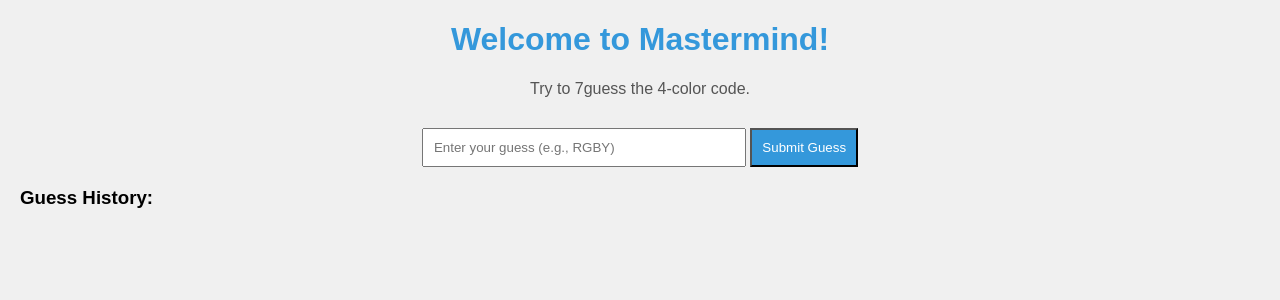
Repository: cheasopheaknita/Mastermind_Game
Page: http://localhost/
An editor plug-in stored every save of this project. The page is shown before and after the next save, followed by the edit.
The browser window is 1280 px wide. The pictures show the whole page.
The page is served by the project's application, run on Flask 3 (mastermind_project/app.py).

Above is the page before, as saved 2024-02-06 02:07:44.

### mastermind_project/templates/mastermind_game.html
<!-- mastermind_game.html -->
<!DOCTYPE html>
<html lang="en">
<head>
    <meta charset="UTF-8">
    <meta name="viewport" content="width=device-width, initial-scale=1.0">
    <title>Mastermind Game</title>
    <style>
        body {
            font-family: 'Arial', sans-serif;
            background-color: #f0f0f0;
            text-align: center;
            margin: 20px;
        }

        h1 {
            color: #3498db;
        }

        p {
            color: #555;
        }

        #result {
            margin-top: 20px;
            font-weight: bold;
            color: #27ae60;
        }

        #userGuess {
            padding: 10px;
            margin-top: 10px;
            width: 300px; /* Adjust the width as needed */
        }

        button {
            padding: 10px;
            background-color: #3498db;
            color: #fff;
            cursor: pointer;
        }

        #history {
            margin-top: 20px;
            text-align: left;
        }

        #guessHistory li {
            margin-bottom: 5px;
            padding: 8px;
            border-radius: 5px;
        }

        .correct {
            background-color: #2ecc71; /* Green for correct guesses */
            color: #fff;
        }

        .incorrect {
            background-color: #e74c3c; /* Red for incorrect guesses */
            color: #fff;
        }

        #gameOverMessage {
            margin-top: 20px;
            font-weight: bold;
            color: #e74c3c;
        }
    </style>
</head>
<body>
    <h1>Welcome to Mastermind!</h1>
    <p>Try to 7guess the 4-color code.</p>

    <div id="result"></div>

    <input type="text" id="userGuess" placeholder="Enter your guess (e.g., RGBY)" size="30">
    <button onclick="submitGuess()" id="guessButton">Submit Guess</button>

    <div id="history">
        <h3>Guess History:</h3>
        <ul id="guessHistory"></ul>
    </div>

    <div id="gameOverMessage"></div>

    <button onclick="restartGame()" id="restartButton" style="display: none;">Play Again</button>

    <script>
        var remainingGuesses = 7;

        function submitGuess() {
            if (remainingGuesses > 0) {
                // Your existing code for submitting a guess

                if (remainingGuesses === 0) {
                    disableGuessInput();
                    displayGameOverMessage();
                    showRestartButton();
                }
            }
        }

        function restartGame() {
            // Reset the game state
            remainingGuesses = 7;
            document.getElementById("userGuess").value = "";
            document.getElementById("result").innerText = "";
            document.getElementById("guessHistory").innerHTML = "";
            document.getElementById("gameOverMessage").innerText = "";
            hideRestartButton();

            // Your existing code to enable input and submit button
        }

        function showRestartButton() {
            document.getElementById("restartButton").style.display = "block";
        }

        function hideRestartButton() {
            document.getElementById("restartButton").style.display = "none";
        }
    </script>
</body>
</html>

### mastermind_project/app.py
# app.py
from flask import Flask, render_template, request, jsonify
import random

app = Flask(__name__)

def generate_secret_code():
    colors = ['R', 'G', 'B', 'Y', 'O', 'P']
    return [random.choice(colors) for _ in range(4)]

def evaluate_guess(secret_code, guess):
    correct_color_and_position = sum(s == g for s, g in zip(secret_code, guess))
    correct_color_only = sum(min(secret_code.count(c), guess.count(c)) for c in set(secret_code)) - correct_color_and_position
    return correct_color_and_position, correct_color_only

secret_code = generate_secret_code()
remaining_attempts = 7

@app.route('/')
def index():
    return render_template('mastermind_game.html', secret_code=secret_code)

@app.route('/submit_guess', methods=['POST'])
def submit_guess():
    global remaining_attempts

    if remaining_attempts == 0:
        return jsonify({'error': "Game Over! You've used all 7 attempts."})

    user_guess = request.json.get('guess')

    # Validate the guess here if needed
    if len(user_guess) != 4 or not all(color in 'RGBYOP' for color in user_guess):
        return jsonify({'error': 'Invalid input. Please enter a 4-color code using the letters R, G, B, Y, O, P.'})

    correct_color_and_position, correct_color_only = evaluate_guess(secret_code, user_guess)

    if correct_color_and_position == 4:
        result_message = f"Congratulations! You've guessed the code {secret_code}."
    else:
        result_message = f"Correct color and position: {correct_color_and_position}, Correct color only: {correct_color_only}."

    remaining_attempts -= 1

    if remaining_attempts == 0:
        result_message = "Game Over! You've used all 7 attempts."

    return jsonify({'result': result_message, 'remaining_attempts': remaining_attempts})

if __name__ == '__main__':
    app.run(debug=True)

After the next save:
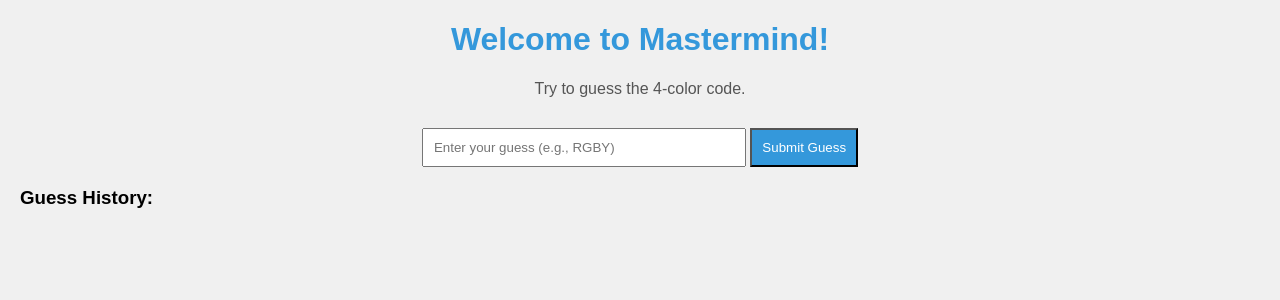
Saved 24 s later.
--- a/mastermind_project/templates/mastermind_game.html
+++ b/mastermind_project/templates/mastermind_game.html
@@ -70,7 +70,7 @@
 </head>
 <body>
     <h1>Welcome to Mastermind!</h1>
-    <p>Try to 7guess the 4-color code.</p>
+    <p>Try to guess the 4-color code.</p>
 
     <div id="result"></div>
 
@@ -84,41 +84,62 @@
 
     <div id="gameOverMessage"></div>
 
-    <button onclick="restartGame()" id="restartButton" style="display: none;">Play Again</button>
-
     <script>
         var remainingGuesses = 7;
 
         function submitGuess() {
             if (remainingGuesses > 0) {
-                // Your existing code for submitting a guess
+                var userGuess = document.getElementById("userGuess").value;
 
-                if (remainingGuesses === 0) {
-                    disableGuessInput();
-                    displayGameOverMessage();
-                    showRestartButton();
-                }
+                fetch('/submit_guess', {
+                    method: 'POST',
+                    headers: {
+                        'Content-Type': 'application/json',
+                    },
+                    body: JSON.stringify({ guess: userGuess }),
+                })
+                .then(response => response.json())
+                .then(data => {
+                    // Handle the response from Flask
+                    document.getElementById("result").innerText = data.result || data.error;
+                    updateGuessHistory(userGuess, data.result || data.error);
+
+                    remainingGuesses--;
+                    updateRemainingGuesses();
+
+                    if (remainingGuesses === 0) {
+                        disableGuessInput();
+                        displayGameOverMessage();
+                    }
+                })
+                .catch(error => {
+                    console.error('Error:', error);
+                });
             }
         }
 
-        function restartGame() {
-            // Reset the game state
-            remainingGuesses = 7;
-            document.getElementById("userGuess").value = "";
-            document.getElementById("result").innerText = "";
-            document.getElementById("guessHistory").innerHTML = "";
-            document.getElementById("gameOverMessage").innerText = "";
-            hideRestartButton();
+        function updateGuessHistory(guess, result) {
+            var historyList = document.getElementById("guessHistory");
+            var listItem = document.createElement("li");
+            listItem.appendChild(document.createTextNode(`Guess: ${guess} - Result: ${result}`));
 
-            // Your existing code to enable input and submit button
+            // Add a class based on the result for styling
+            listItem.classList.add(result === '4 correct color and position' ? 'correct' : 'incorrect');
+
+            historyList.appendChild(listItem);
         }
 
-        function showRestartButton() {
-            document.getElementById("restartButton").style.display = "block";
+        function updateRemainingGuesses() {
+            document.getElementById("remainingGuesses").innerText = `Remaining Guesses: ${remainingGuesses}`;
         }
 
-        function hideRestartButton() {
-            document.getElementById("restartButton").style.display = "none";
+        function disableGuessInput() {
+            document.getElementById("userGuess").disabled = true;
+            document.getElementById("guessButton").disabled = true;
+        }
+
+        function displayGameOverMessage() {
+            document.getElementById("gameOverMessage").innerText = "Game Over! You've used all 7 attempts.";
         }
     </script>
 </body>
